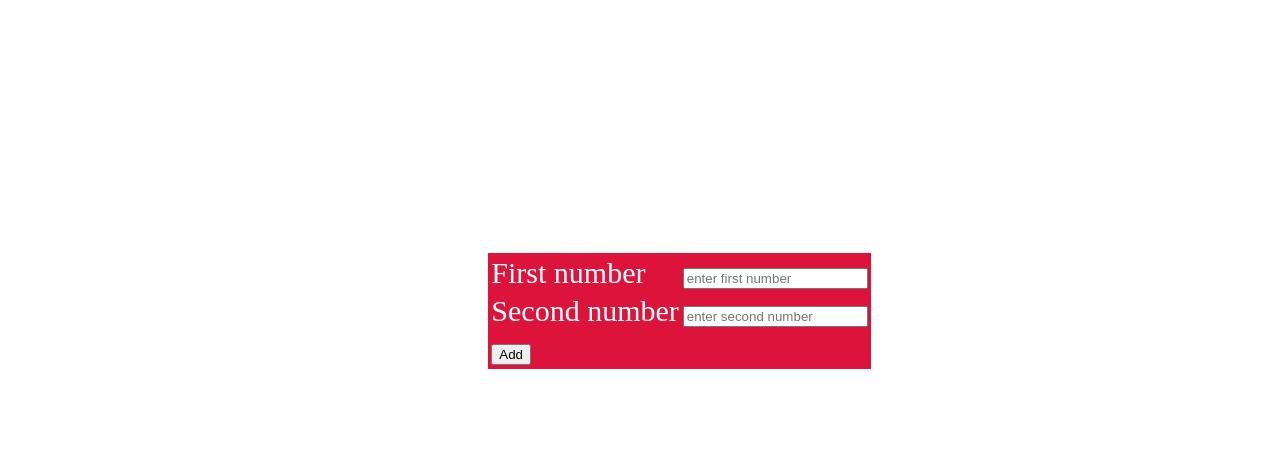
Repository: vima107/JDBC-CRUD-OPERATIONS
Page: addition/src/main/webapp/index.html
These files come from the project's save history. The page is drawn as it stood at one moment and after the next save; the edit follows.
The browser window is 1280 px wide. The pictures show the whole page.

Above is the page before, as saved 2024-10-09 10:47:44.

After the next save:
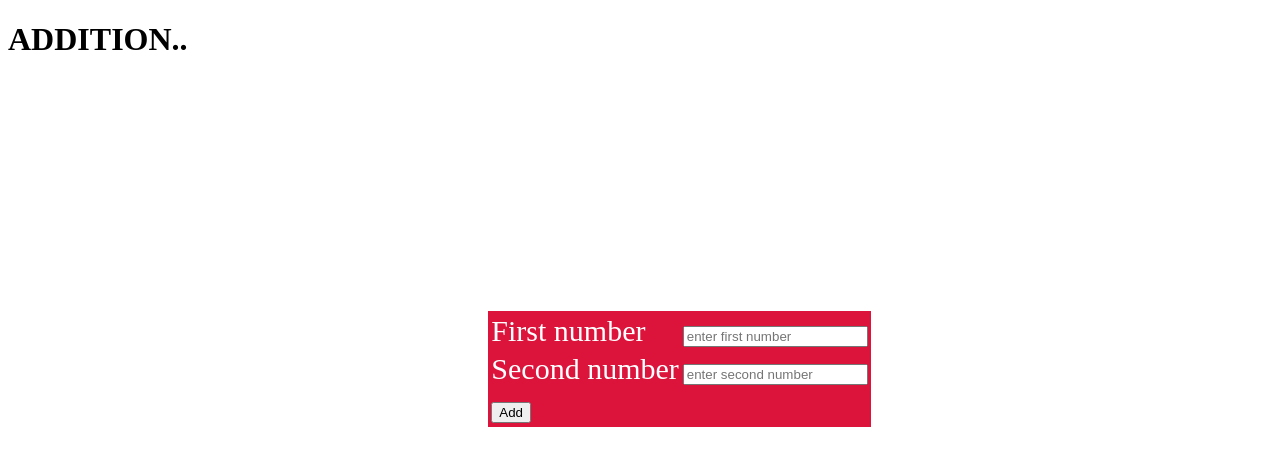
Saved 30 s later.
--- a/addition/src/main/webapp/index.html
+++ b/addition/src/main/webapp/index.html
@@ -5,7 +5,7 @@
 <title>Insert title here</title>
 </head>
 <body>
-
+	<h1>ADDITION..</h1>
 	<table style="margin-left:38%;margin-top:20%;background-color:crimson; font-size:30px;color:white">
 	<form action="/addition/Add">
 		<tr>
